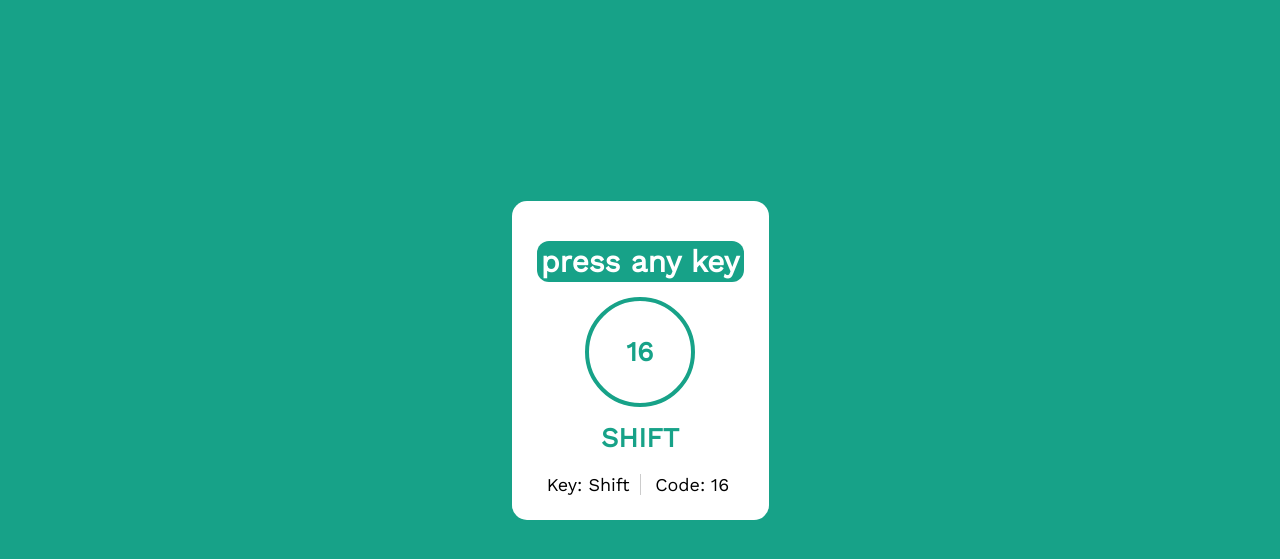
Repository: youssef168/Key-Detection
Page: index.htm
An editor plug-in stored every save of this project. The page is shown before and after the next save, followed by the edit.
The browser window is 1280 px wide. The pictures show the whole page.

Above is the page before, as saved 2021-12-17 13:23:50.

### index.htm
<!DOCTYPE html>
<html lang="en">
<head>
    <meta charset="UTF-8">
    <meta http-equiv="X-UA-Compatible" content="IE=edge">
    <meta name="viewport" content="width=device-width, initial-scale=1.0">
    <link rel="stylesheet" href="./style.css">
    <title>Key Detection</title>
</head>
<body>
    <div class="box">
        <p class="text">press any key</p>
        <div class="content">
            <div class="key-code">16</div>
            <div class="key-name">shift</div>
            <div class="details">
                <p class="key">Key: <span>Shift</span></p>
                <p class="code">Code: <span>16</span></p>
            </div>
        </div>
    </div>

    <script src="./script.js"></script>
</body>
</html>

### style.css
@import url("https://fonts.googleapis.com/css2?family=Work+Sans:ital,wght@0,300;0,400;1,400;1,500&display=swap");

* {
  font-family: "Work Sans", sans-serif;
  box-sizing: border-box;
  padding: 0;
  margin: 0;
}

ul li {
  list-style: none;
}

body {
    display: flex;
    justify-content: center;
    align-items: center;
    min-height: 100vh;
    margin: auto;
    background-color: #17A288;
}

.box {
    background: #fff;
    padding: 25px;
    width: 257px;
    border-radius: 15px;
}

.content, .key-code, .details {
    display: flex;
    align-items: center;
    justify-content: center;
}

.box .content {
    flex-direction: column;
}
.key-code {
    border: 4px solid #17A288;
    border-radius: 50%;
    width: 110px;
    height: 110px;
    font-size: 27px;
}

.text ,.key-code, .key-name {
    font-size: 27px;
    font-weight:bold;
    color: #17A288;
    margin-top: 15px;
}

.text {
    text-align: center;
    font-size: 30px;
    background-color: #17A288;
    color: #fff;
    padding: 3px;
    border-radius: 12px;
}

.key-name {
    text-transform: uppercase;
}

.details {
    width: 100%;
    justify-content: space-between;
    margin-top: 20px;
}

.details p {
    font-size: 18px;
    width: 100%;
    text-align: center;
}

.details p:last-child {
    border-left: 1px solid #ccc;
}

Loaded but not shown: script.js (no stored copy; drawn as an empty file)

After the next save:
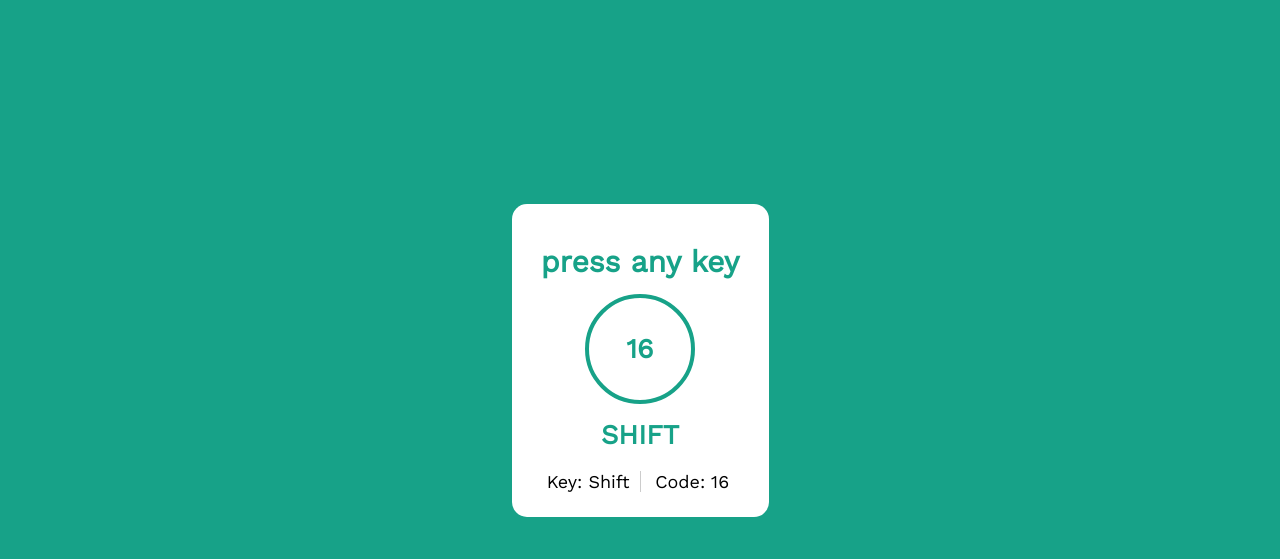
Saved 10 s later.
--- a/style.css
+++ b/style.css
@@ -54,10 +54,6 @@ body {
 .text {
     text-align: center;
     font-size: 30px;
-    background-color: #17A288;
-    color: #fff;
-    padding: 3px;
-    border-radius: 12px;
 }
 
 .key-name {
